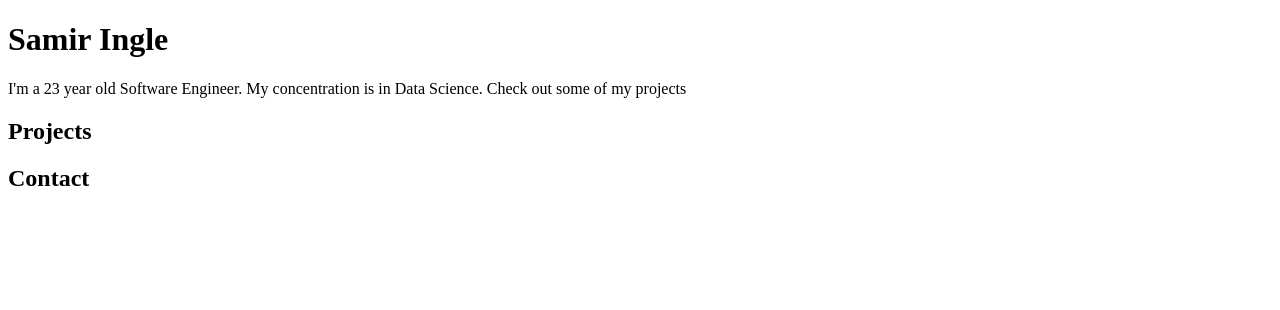
Repository: SamirIngley/html-semantic
Page: templates2/index2.html
The author's editor kept a copy of each file at every save. The page is drawn from the files as they stood at one save, then again after the next save.
The browser window is 1280 px wide. The pictures show the whole page.

Above is the page before, as saved 2020-02-09 09:42:07.

### templates2/index2.html
<!DOCTYPE html>
<html lang="en">
<head>
    <meta charset="UTF-8">
    <meta name="viewport" content="width=device-width, initial-scale=1.0">
    <meta http-equiv="X-UA-Compatible" content="ie=edge">
    <link href="style2.css" rel="stylesheet">
    <title>Samir Ingle</title>
</head>
<body>

<div class="name">
    <h1>Samir Ingle</h1>
</div>

<div class="bio">
    <article>
        <p>
            I'm a 23 year old Software Engineer. My concentration
            is in Data Science. Check out some of my projects
        </p>
    </article>

</div>

<div class="projects">
    <h2>Projects</h2>
    <p>

    </p>

</div>

<div class="contact">
    <h2>Contact</h2>

</div>

</body>
</html>

### templates2/style2.css

.wrapper {
    display: grid;
    grid-gap: 5px;
    grid-template-columns: repeat(4, 1fr);

    grid-template-areas: "t h h n"
                         ". b b ."
                         ". b b ."
                         ". l l ."
}

After the next save:
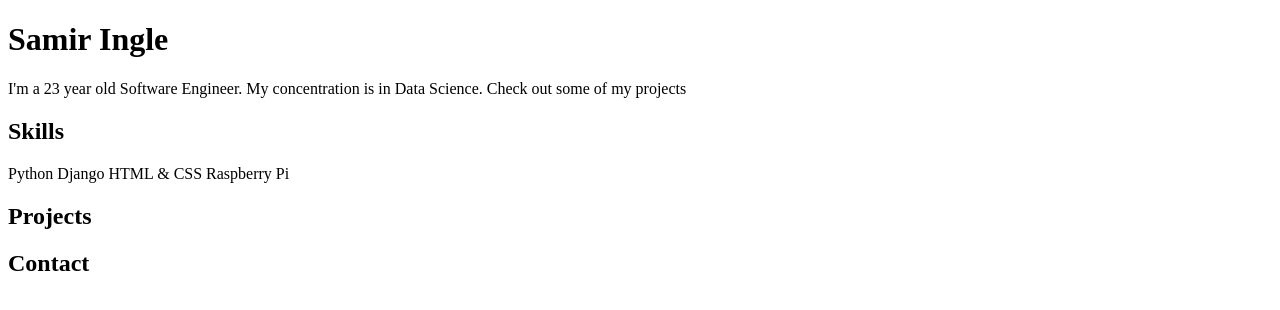
Saved 2 min 27 s later.
--- a/templates2/index2.html
+++ b/templates2/index2.html
@@ -23,6 +23,16 @@
 
 </div>
 
+<div class="skills">
+    <h2>Skills</h2>
+    <p>
+        Python
+        Django
+        HTML & CSS
+        Raspberry Pi
+    </p>
+</div>
+
 <div class="projects">
     <h2>Projects</h2>
     <p>
@@ -33,7 +43,9 @@
 
 <div class="contact">
     <h2>Contact</h2>
+    <p>
 
+    </p>
 </div>
 
 </body>
